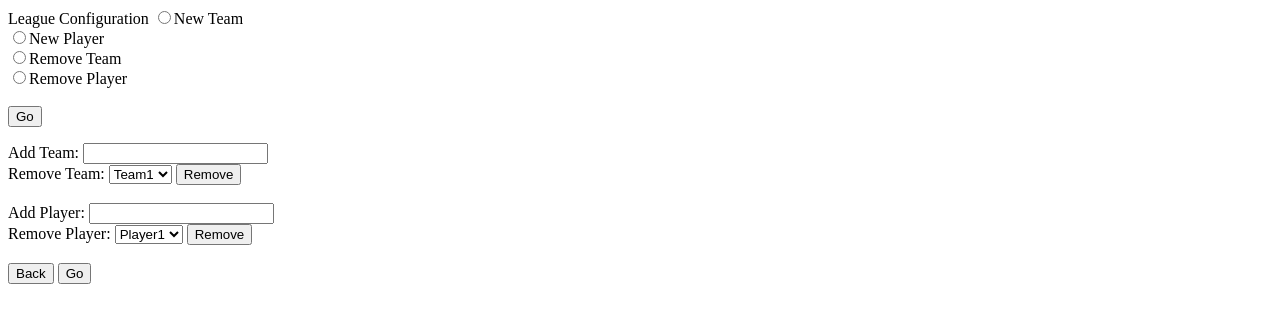
Repository: FredGlozman/SwiftScore
Page: SwiftScore/LeagueConfiguration.html
An editor plug-in stored every save of this project. The page is shown before and after the next save, followed by the edit.
The browser window is 1280 px wide. The pictures show the whole page.

Above is the page before, as saved 2015-12-01 23:45:51.

After the next save:
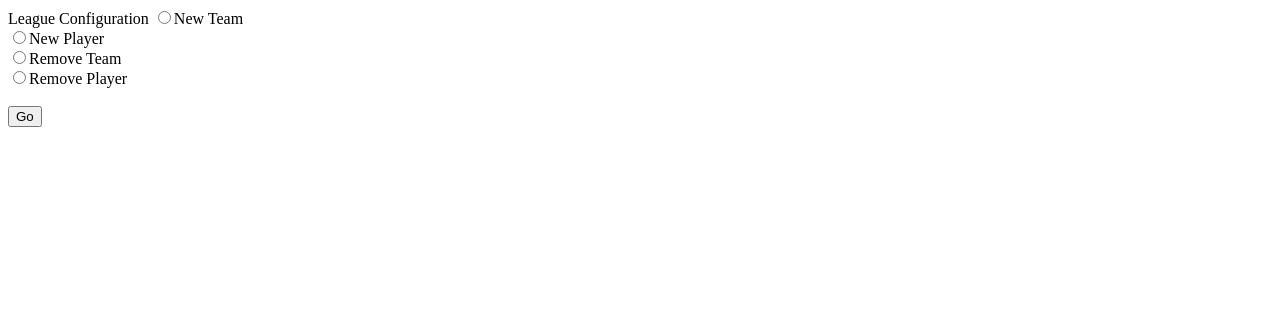
Saved 20 s later.
--- a/SwiftScore/LeagueConfiguration.html
+++ b/SwiftScore/LeagueConfiguration.html
@@ -14,28 +14,7 @@ League Configuration
   <input type="radio" name = "removePlayer" value="4">Remove Player
   <br><br>
   <input type= "submit" value= "Go">
-</form>
 
-Add Team: <input type="text" name="addteam"><br> <!-- how to check if team is already there -->
-Remove Team: <select>
-					<option value="team1">Team1</option>
-					<option value="team2">Team2</option>
-					<option value="team3">Team3</option>
-					<option value="team4">Team4</option>
-			</select>
-			<input type= "submit" value= "Remove">
-<br><br>
-Add Player: <input type="text" name="addplayer"><br> <!-- how to check if player is already there -->
-Remove Player: <select>
-					<option value="Player1">Player1</option>
-					<option value="Player2">Player2</option>
-					<option value="Player3">Player3</option>
-					<option value="Player4">Player4</option>
-			</select>
-			<input type= "submit" value= "Remove">
-<br><br>
-<input type= "submit" value= "Back"> <!-- how to go to Website.html? -->
-<input type= "submit" value= "Go">
 </form>
 </body>
 </html>
